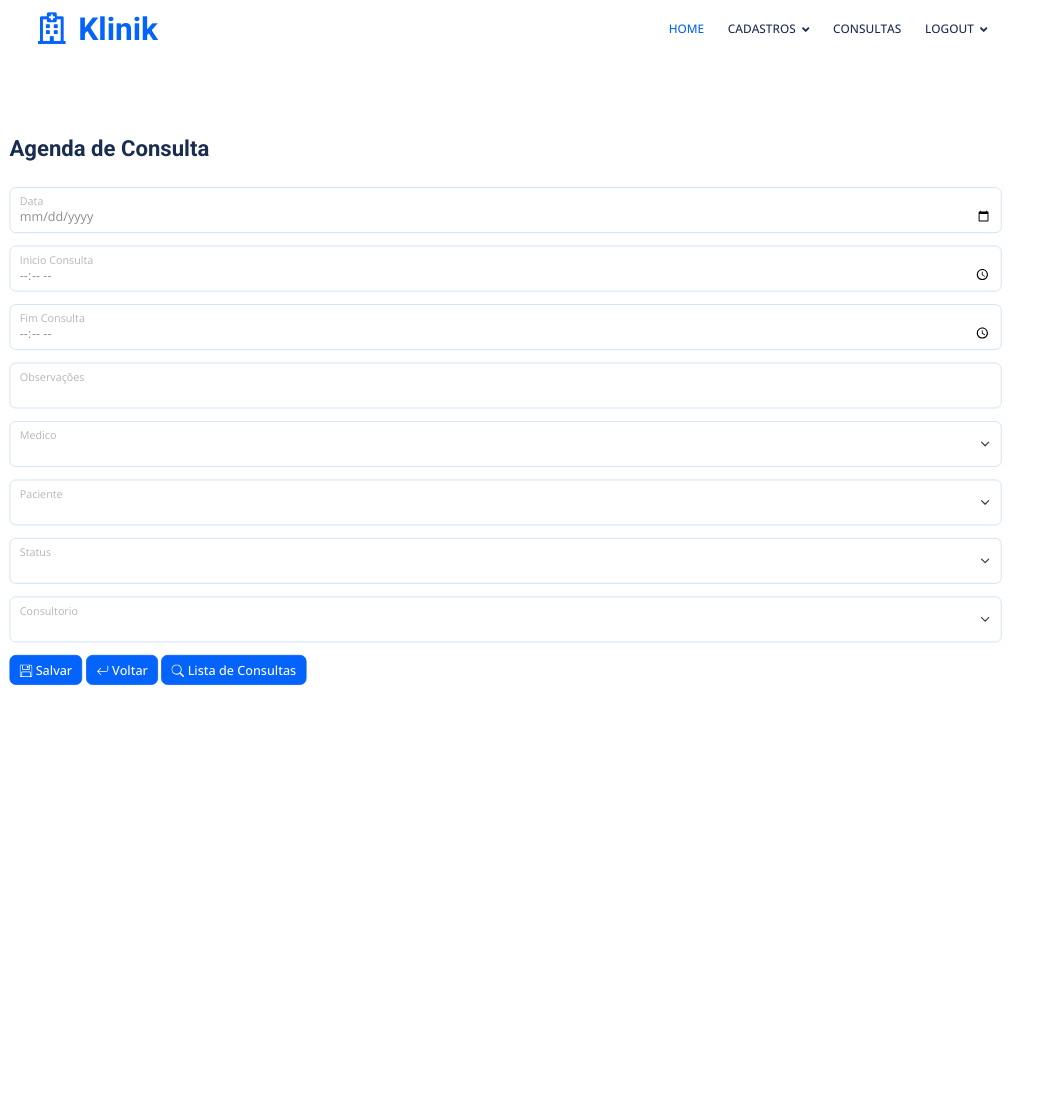
Repository: henrickrufino91/AgendaConsultas
Page: http://localhost/consulta/novaConsulta
These files come from the project's save history. The page is drawn as it stood at one moment and after the next save; the edit follows.
The browser window is 1280 px wide. The page is 1331 px wide, so the pictures cover 1331 px, including what lies to the right of the window. The pictures show the whole page, at 79% of full size.
Some web libraries are served in a nearby version. The page is this project's Thymeleaf template; nobody is signed in. The template is opened directly, without the code that normally fills it, so the values that code supplies are empty.

Above is the page before, as saved 2024-12-27 03:45:28.

After the next save:
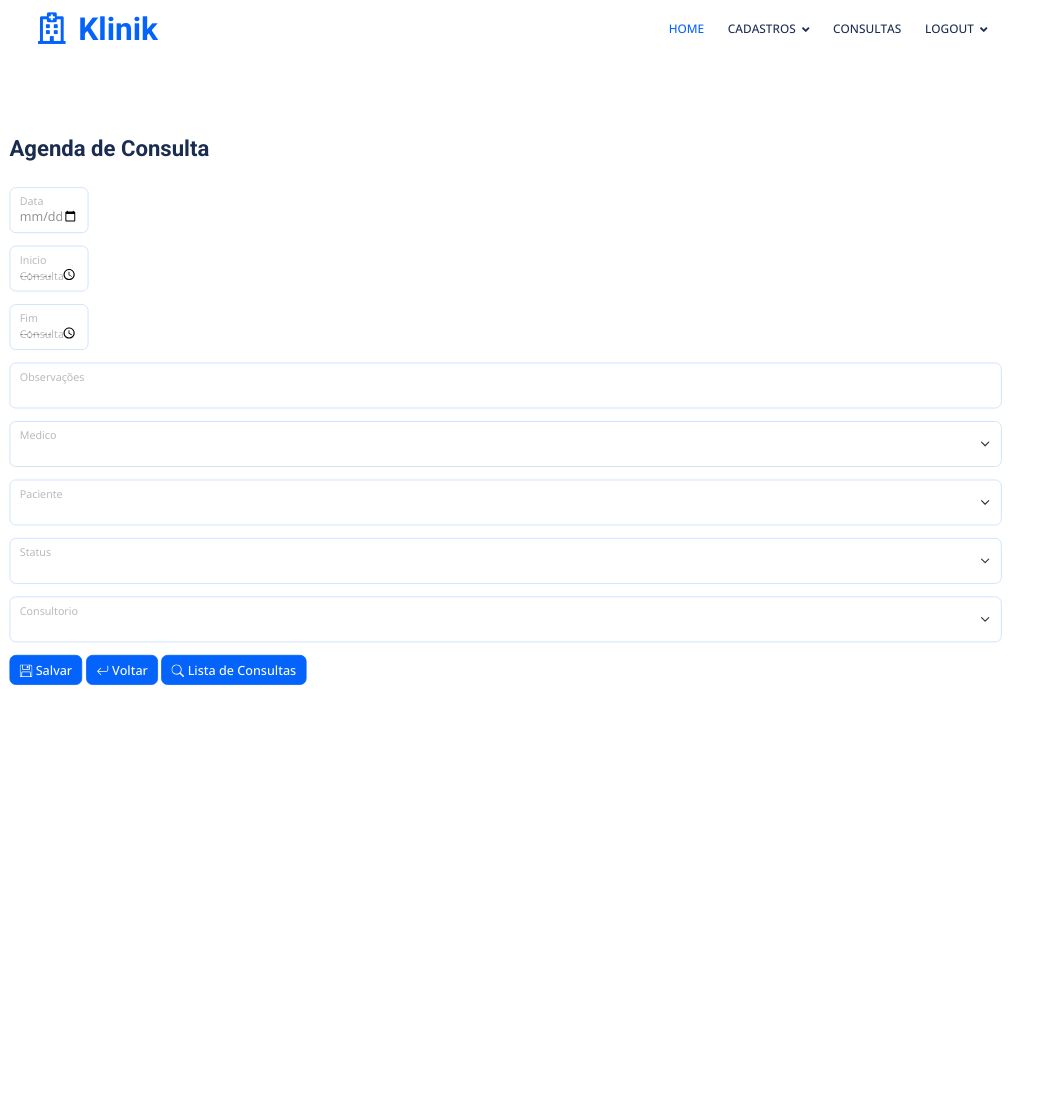
Saved 3 min 11 s later.
--- a/clinica/src/main/resources/templates/consulta/novaConsulta.html
+++ b/clinica/src/main/resources/templates/consulta/novaConsulta.html
@@ -111,7 +111,7 @@
 
 											<br>
 
-											<div>
+											<div style="width: 100px">
 
                                             <div class="form-floating mb-3" id="a1">
                                                 <input class="form-control" th:field="*{dataConsulta}" id="inputEmail" type="date" />
